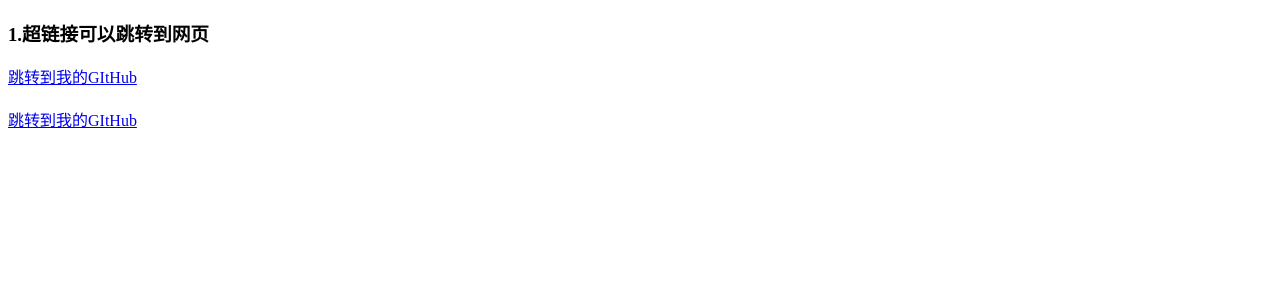
Repository: jarvanstack/vscode
Page: HTML/HTML超链接有哪些.html
These files come from the project's save history. The page is drawn as it stood at one moment and after the next save; the edit follows.
The browser window is 1280 px wide. The pictures show the whole page.

Above is the page before, as saved 2020-06-11 09:27:14.

After the next save:
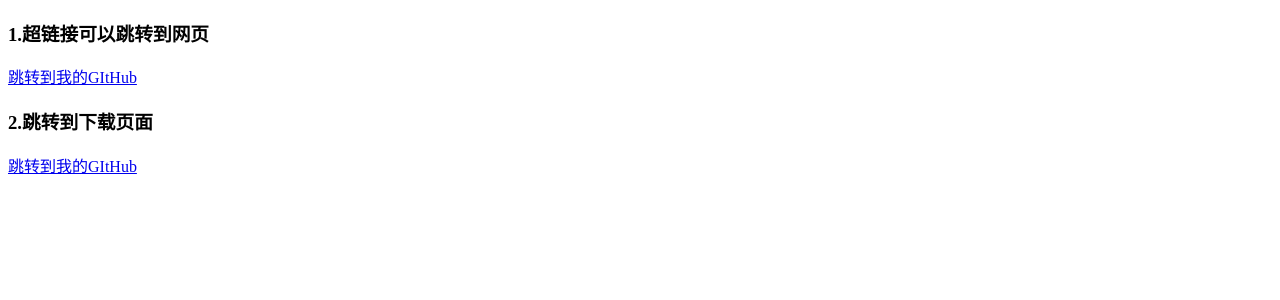
Saved 33 s later.
--- a/HTML/HTML超链接有哪些.html
+++ b/HTML/HTML超链接有哪些.html
@@ -8,7 +8,7 @@
 <body>
     <h3>1.超链接可以跳转到网页</h3>
     <a href="https://github.com/dengjiawen8955">跳转到我的GItHub</a>
-    <h3></h3>
+    <h3>2.跳转到下载页面</h3>
     <a href="https://github.com/dengjiawen8955">跳转到我的GItHub</a>
 </body>
 </html>
